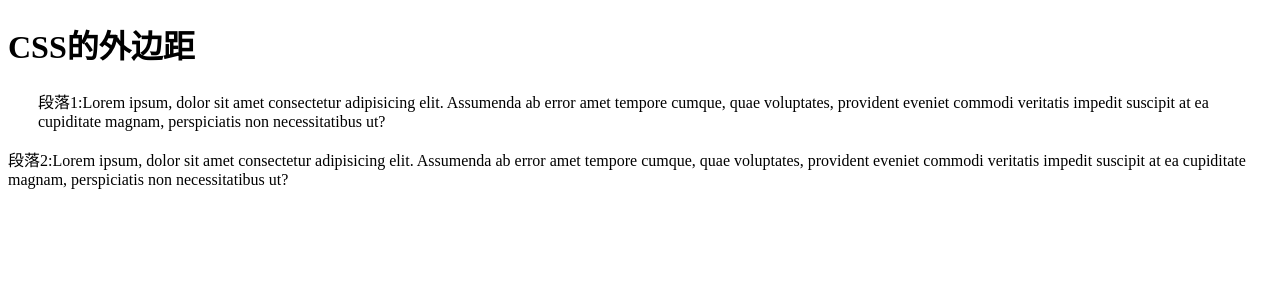
Repository: nanfengovo/CSS
Page: margin.html
These files come from the project's save history. The page is drawn as it stood at one moment and after the next save; the edit follows.
The browser window is 1280 px wide. The pictures show the whole page.

Above is the page before, as saved 2025-01-01 10:09:02.

After the next save:
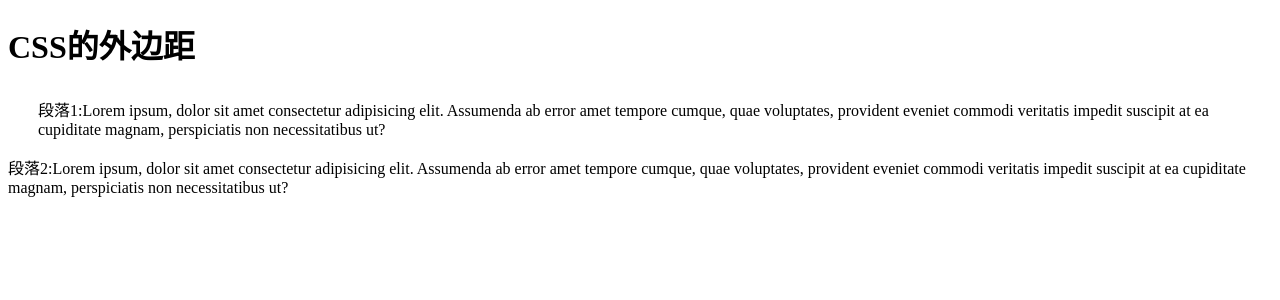
Saved 28 s later.
--- a/margin.html
+++ b/margin.html
@@ -6,7 +6,9 @@
     <title>CSS的外边距</title>
     <style>
         #p1{
-            margin-left: 30px;        }
+            margin-left: 30px;
+            margin-top: 30px;
+        }
     </style>
 </head>
 <body>
